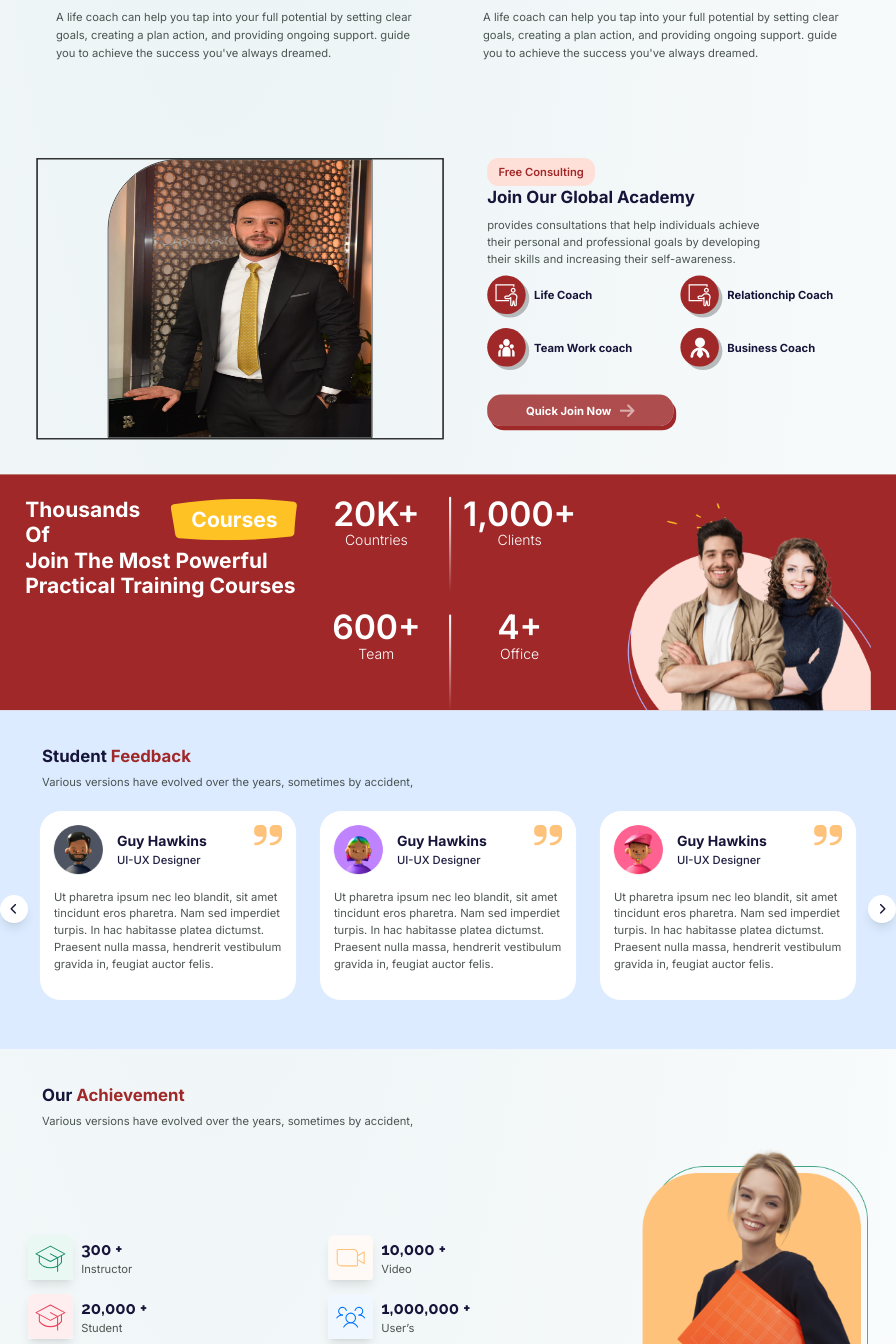
Repository: OmarAhmedEl-hanafy/OT_FRONT
Page: /
The author's editor kept a copy of each file at every save. The page is drawn from the files as they stood at one save, then again after the next save.
The browser window is 1280 px wide. The pictures show the part of the page from y = 2434 to 4354 px (the page is 5579 px tall before and 5581 px after), at 70% of full size.
The page's requests for data from a server got no answer. The project was rebuilt for these pictures with package versions that can differ from the ones it lists, and the page was loaded fresh each time. No one was signed in, and anything a server would have sent is missing. Also part of the build but not shown: vite.config.ts, src/components/Legout/Legout.tsx, src/pages/AboutUs/AboutUs.css, src/pages/AboutUs/Section2.tsx, src/pages/AboutUs/Section3.tsx, src/pages/AboutUs/Section4.css, src/pages/AboutUs/Section4.tsx, src/pages/AboutUs/AboutUs.tsx and 28 more. Imported but missing from the stored project, and not drawn on this page: src/assets/images/video-1.mp4, src/assets/images/video-2.mp4.

Above is the page before, as saved 2024-07-28 17:39:02.

After the next save:
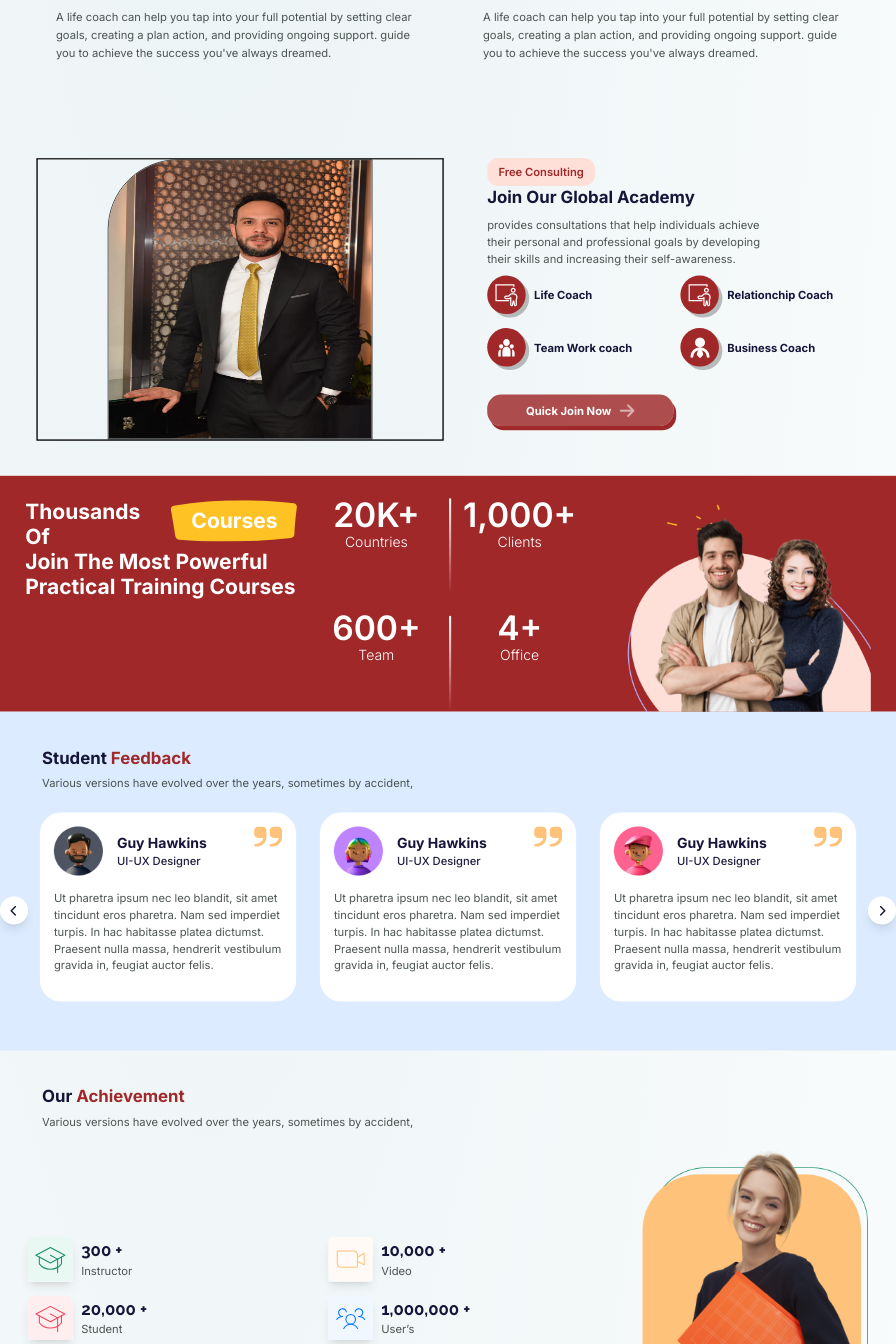
Saved 23 s later.
--- a/src/components/HomeComponents/FreeConsulting.tsx
+++ b/src/components/HomeComponents/FreeConsulting.tsx
@@ -117,9 +117,9 @@
         <div className="grid md:grid-cols-2 gap-3 px-3">
           <div className="border border-black">
             {/* <img className="" src={imgCons} alt="Consulting" /> */}
-            <div className="px-[100px] h-[400px] border border-black">
+            <div className="px-[100px] border border-black">
               <img
-                className="rounded-tl-[100px] border border-black "
+                className="rounded-tl-[100px]  h-[400px] border border-black "
                 src={imgRs}
                 alt="Consulting"
               />
